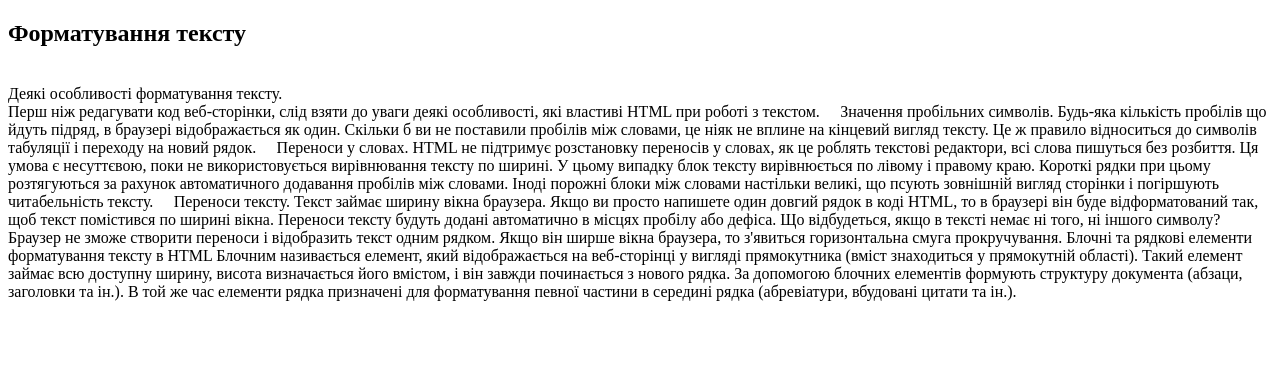
Repository: KseniaMakara/Web
Page: Web/directory.html
The author's editor kept a copy of each file at every save. The page is drawn from the files as they stood at one save, then again after the next save.
The browser window is 1280 px wide. The pictures show the whole page.

Above is the page before, as saved 2021-02-15 16:10:33.

### Web/directory.html

    <!doctype HTML>
    <html>
        <head>
           <title>First HTML</title>
        </head>
    <body>
        <h2>Форматування тексту </h2>
        <br>Деякі особливості форматування тексту.</br>
        Перш ніж редагувати код веб-сторінки, слід взяти до уваги деякі
        особливості, які властиві HTML при роботі з текстом.
         Значення пробільних символів. Будь-яка кількість пробілів що йдуть
        підряд, в браузері відображається як один. Скільки б ви не поставили пробілів
        між словами, це ніяк не вплине на кінцевий вигляд тексту. Це ж правило
        відноситься до символів табуляції і переходу на новий рядок.
         Переноси у словах. HTML не підтримує розстановку переносів у
        словах, як це роблять текстові редактори, всі слова пишуться без розбиття. Ця
        умова є несуттєвою, поки не використовується вирівнювання тексту по ширині.
        У цьому випадку блок тексту вирівнюється по лівому і правому краю. Короткі
        рядки при цьому розтягуються за рахунок автоматичного додавання пробілів між
        словами. Іноді порожні блоки між словами настільки великі, що псують
        зовнішній вигляд сторінки і погіршують читабельність тексту.
         Переноси тексту. Текст займає ширину вікна браузера. Якщо ви
        просто напишете один довгий рядок в коді HTML, то в браузері він буде
        відформатований так, щоб текст помістився по ширині вікна. Переноси тексту
        будуть додані автоматично в місцях пробілу або дефіса. Що відбудеться, якщо в
        тексті немає ні того, ні іншого символу? Браузер не зможе створити переноси і
        відобразить текст одним рядком. Якщо він ширше вікна браузера, то з'явиться
        горизонтальна смуга прокручування.
        Блочні та рядкові елементи форматування тексту в HTML
        Блочним називається елемент, який відображається на веб-сторінці у вигляді
        прямокутника (вміст знаходиться у прямокутній області). Такий елемент займає
        всю доступну ширину, висота визначається його вмістом, і він завжди
        починається з нового рядка. За допомогою блочних елементів формують
        структуру документа (абзаци, заголовки та ін.). В той же час елементи рядка
        призначені для форматування певної частини в середині рядка (абревіатури,
        вбудовані цитати та ін.).



</body>
    </html>

After the next save:
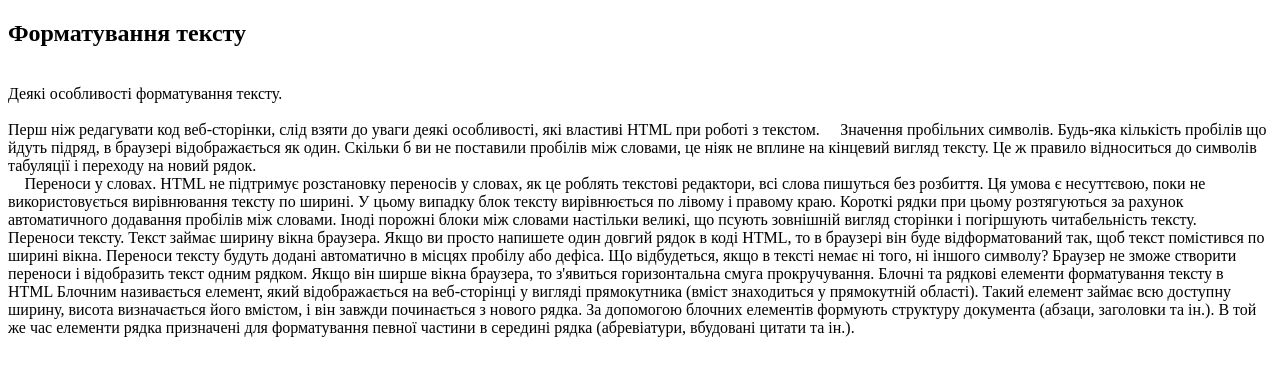
Saved 40 s later.
--- a/Web/directory.html
+++ b/Web/directory.html
@@ -7,12 +7,12 @@
     <body>
         <h2>Форматування тексту </h2>
         <br>Деякі особливості форматування тексту.</br>
-        Перш ніж редагувати код веб-сторінки, слід взяти до уваги деякі
+        <br>Перш ніж редагувати код веб-сторінки, слід взяти до уваги деякі
         особливості, які властиві HTML при роботі з текстом.
          Значення пробільних символів. Будь-яка кількість пробілів що йдуть
         підряд, в браузері відображається як один. Скільки б ви не поставили пробілів
         між словами, це ніяк не вплине на кінцевий вигляд тексту. Це ж правило
-        відноситься до символів табуляції і переходу на новий рядок.
+        відноситься до символів табуляції і переходу на новий рядок.</br>
          Переноси у словах. HTML не підтримує розстановку переносів у
         словах, як це роблять текстові редактори, всі слова пишуться без розбиття. Ця
         умова є несуттєвою, поки не використовується вирівнювання тексту по ширині.
